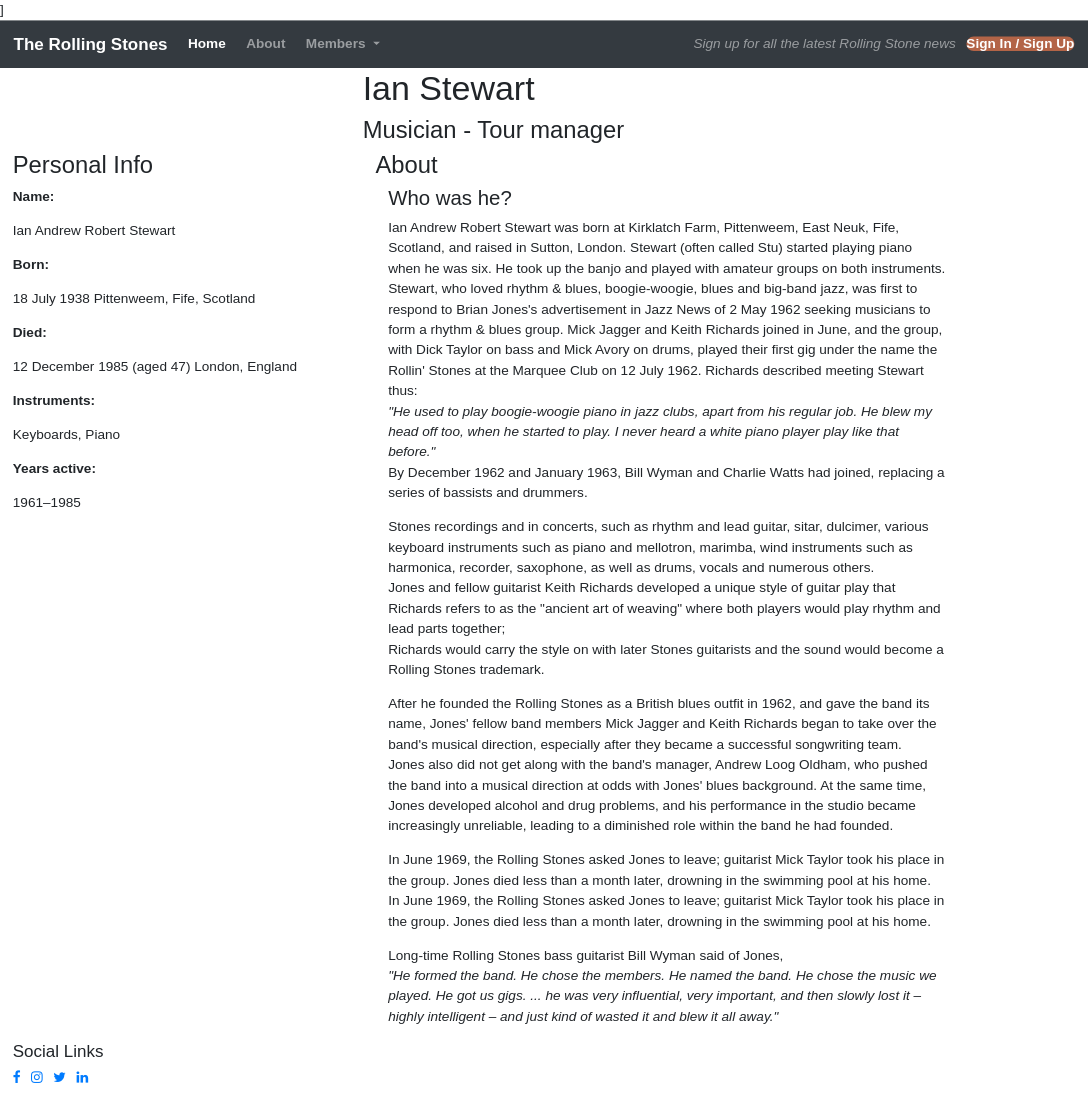
Repository: TecDruid/rolling-stones-fan-site
Page: ian-stewart.html
The author's editor kept a record of every edit. The page is drawn from the files as they stood at one moment, then again after the next edit.
The browser window is 1280 px wide. The pictures show the whole page, at 85% of full size.
Some web fonts or font styles are not loaded; a fallback is used. Some web libraries are served in a nearby version.

Above is the page before.

### ian-stewart.html
<!DOCTYPE html>
<html lang="en">

<head>
    <meta charset="utf-8">
    <meta name="viewport" content="width=device-width, initial-scale=1.0">
    <link rel="stylesheet" href="https://maxcdn.bootstrapcdn.com/bootstrap/4.1.3/css/bootstrap.min.css">
    <link rel="stylesheet" href="https://use.fontawesome.com/releases/v5.6.1/css/all.css" integrity="sha384-gfdkjb5BdAXd+lj+gudLWI+BXq4IuLW5IT+brZEZsLFm++aCMlF1V92rMkPaX4PP" crossorigin="anonymous">
    <link rel="stylesheet" href="https://stackpath.bootstrapcdn.com/font-awesome/4.7.0/css/font-awesome.min.css" type="text/css" />
    <link href="https://fonts.googleapis.com/css?family=Stylish" rel="stylesheet">
    <link rel="stylesheet" href="css/style.css" type="text/css" />
    <title>Ian Stewart</title>
</head>

<body>

    <!----------------------------------------Nav--------------------------------------------->]


    <div class="nav-container"></div>
    <nav class="navbar navbar-dark navbar-expand-sm bg-dark">
        <a href="/" class="navbar-brand">
                    The Rolling Stones</a>

        <button class="navbar-toggler ml-auto" type="button" data-toggle="collapse" data-target="#navbarNavDropdown" aria-controls="navbarNavDropdown" aria-expanded="false" aria-label="Toggle navigation">
        <span class="navbar-toggler-icon"></span></button>

        <div class="collapse navbar-collapse" id="navbarNavDropdown">
            <ul class="navbar-nav mr-auto">
                <li class="active nav-item mr-2"><a class="nav-link" href="/">Home</a></li>
                <li class="nav-item mr-2"><a class="nav-link" href="">About</a></li>
                <li class="nav-item dropdown">
                    <a class="nav-link dropdown-toggle" href="#" id="navbarDropdownMenuLink" role="button" data-toggle="dropdown" aria-haspopup="true" aria-expanded="false">
          Members
        </a>
                    <div class="dropdown-menu" aria-labelledby="navbarDropdownMenuLink">
                        <a class="dropdown-item" href="#">Brian Jones</a>
                        <a class="dropdown-item" href="#">Mick Jagger</a>
                        <a class="dropdown-item" href="#">Keith Richards</a>
                        <a class="dropdown-item" href="#">Bill Wyman</a>
                        <a class="dropdown-item" href="#">Charlie Watts</a>
                        <a class="dropdown-item" href="#">Ronnie Wood</a>
                        <a class="dropdown-item" href="#">Ian Stewart</a>
                        <a class="dropdown-item" href="#">Mick Taylor</a>
                    </div>
                </li>

                <li class="nav-item mr-2 d-block d-sm-none"><a class="nav-link" href="">Sign In / Sign Up</a></li>
            </ul>
        </div>
        <div class="d-none d-md-block">
            <p class="navbar-text my-auto mr-2"><i>Sign up for all the latest Rolling Stone news</i></p>
            <a href="/login " class="btn--cta btn--brown">Sign In / Sign Up</a>
        </div>
    </nav>

    <!-- -------------------------- The Header ---------------------------- -->

    <header>
        <div class="row no-gutters">
            <a class="col-md-4 logo" href="index.html"></a>
            <div class="col-md-8">
                <div class="row no-gutters bg-color-name-title">
                    <div class="col heading">
                        <h1 class="name">Ian Stewart</h1>
                        <h3 class="title"> Musician - Tour manager</h3>
                    </div>
                </div>
            </div>
        </div>
    </header>

    <!-- -------------------------- The Section ---------------------------- -->

    <section class="container-fluid">
        <div class="row">
            <div class="col-md-4 bg-colour-personal-info section-column">
                <div class="row">
                    <div class="col-12">
                        <h3 class="section-heading uppercase">Personal Info</h3>
                    </div>
                </div>
                <div class="personal-info-item">
                    <div class="key">
                        <p class="uppercase">
                            <strong>Name:</strong>
                        </p>
                    </div>
                    <div class="value">
                        <p>
                            Ian Andrew Robert Stewart
                        </p>
                    </div>
                </div>
                <div class="personal-info-item">
                    <div class="key">
                        <p class="uppercase">
                            <strong>Born:</strong>
                        </p>
                    </div>
                    <div class="value">
                        <p>
                            18 July 1938 Pittenweem, Fife, Scotland
                        </p>
                    </div>
                </div>
                <div class="personal-info-item">
                    <div class="key">
                        <p class="uppercase">
                            <strong>Died:</strong>
                        </p>
                    </div>
                    <div class="value">
                        <p>
                            12 December 1985 (aged 47) London, England
                        </p>
                    </div>
                </div>
                <div class="personal-info-item">
                    <div class="key">
                        <p class="uppercase">
                            <strong>Instruments:</strong>
                        </p>
                    </div>
                    <div class="value">
                        <p>
                            Keyboards, Piano
                        </p>
                    </div>
                </div>
                <div class="personal-info-item">
                    <div class="key">
                        <p class="uppercase">
                            <strong> Years active:</strong>
                        </p>
                    </div>
                    <div class="value">
                        <p>
                            1961–1985
                        </p>
                    </div>
                </div>
            </div>

            <div class="col-md-8 bg-colour-three-reasons section-column">
                <div class="row">
                    <div class="col">
                        <h3 class="section-heading uppercase">About</h3>
                    </div>
                </div>
                <!-- <div class="row">
                    <div class="col-10 offset-1 offset-sm-0 col-sm-4 col-md-6">
                        <div class="row">
                            <div class="col-2">
                                <i class="three-reasons-icon fa fa-question" aria-hidden="true"></i>
                            </div> -->
                <div class="col-10">
                    <h4 class="three-reasons-heading uppercase">Who was he?</h4>
                    <p>
                       Ian Andrew Robert Stewart was born at Kirklatch Farm, Pittenweem, East Neuk, Fife, Scotland, and raised in Sutton, London. Stewart (often called Stu) started playing piano when he was six. He took up the banjo and played with amateur groups on both instruments. Stewart, who loved rhythm & blues, boogie-woogie, blues and big-band jazz, was first to respond to Brian Jones's advertisement in Jazz News of 2 May 1962 seeking musicians to form a rhythm & blues group. Mick Jagger and Keith Richards joined in June, and the group, with Dick Taylor on bass and Mick Avory on drums, played their first gig under the name the Rollin' Stones at the Marquee Club on 12 July 1962. Richards described meeting Stewart thus: <br/><i>"He used to play boogie-woogie piano in jazz clubs, apart from his regular job. He blew my head off too, when he started to play. I never heard a white piano player play like that before."</i> <br/> By December 1962 and January 1963, Bill Wyman and Charlie Watts had joined, replacing a series of bassists and drummers.
                    </p>

                    <p>
                        Stones recordings and in concerts, such as rhythm and lead guitar, sitar, dulcimer, various keyboard instruments such as piano and mellotron, marimba, wind instruments such as harmonica, recorder, saxophone, as well as drums, vocals and numerous others.<br/>                        Jones and fellow guitarist Keith Richards developed a unique style of guitar play that Richards refers to as the "ancient art of weaving" where both players would play rhythm and lead parts together;<br/> Richards would carry the
                        style on with later Stones guitarists and the sound would become a Rolling Stones trademark.
                    </p>
                    <p>
                        After he founded the Rolling Stones as a British blues outfit in 1962, and gave the band its name, Jones' fellow band members Mick Jagger and Keith Richards began to take over the band's musical direction, especially after they became a successful songwriting
                        team.
                        <br/> Jones also did not get along with the band's manager, Andrew Loog Oldham, who pushed the band into a musical direction at odds with Jones' blues background. At the same time, Jones developed alcohol and drug problems, and
                        his performance in the studio became increasingly unreliable, leading to a diminished role within the band he had founded.
                    </p>
                    <p>
                        In June 1969, the Rolling Stones asked Jones to leave; guitarist Mick Taylor took his place in the group. Jones died less than a month later, drowning in the swimming pool at his home. In June 1969, the Rolling Stones asked Jones to leave; guitarist Mick
                        Taylor took his place in the group. Jones died less than a month later, drowning in the swimming pool at his home.
                    </p>
                    <p>Long-time Rolling Stones bass guitarist Bill Wyman said of Jones, <br/><i>"He formed the band. He chose the members. He named the band. He chose the music we played. He got us gigs. ... he was very influential, very important, and then slowly
                        lost it – highly intelligent – and just kind of wasted it and blew it all away."</i>
                    </p>
                </div>
            </div>
        </div>

        </div>
        </div>
        </div>

    </section>

    <!-- -------------------------- The Footer ---------------------------- -->

    <footer class="container-fluid">
        <div id="footer-details" class="row">
            <div class="col-sm-4">
                <h5 class="uppercase general-sub">Social Links</h5>

                <ul class="list-inline social-links">
                    <li class="list-inline-item">
                        <a target="_blank" href="#">
                            <i class="fa fa-facebook" aria-hidden="true"></i>
                            <span class="sr-only">Facebook</span>
                        </a>
                    </li>
                    <li class="list-inline-item">
                        <a target="_blank" href="#">
                            <i class="fa fa-instagram" aria-hidden="true"></i>
                            <span class="sr-only">Instagram</span>
                            </a>
                    </li>

                    <li class="list-inline-item">
                        <a target="_blank" href="#">
                            <i class="fa fa-twitter" aria-hidden="true"></i>
                            <span class="sr-only">Twitter</span>
                            </a>
                    </li>
                    <li class="list-inline-item">
                        <a target="_blank" href="#">
                            <i class="fa fa-linkedin" aria-hidden="true"></i>
                            <span class="sr-only">LinkedIn</span>
                        </a>
                    </li>
                </ul>

            </div>
        </div>
    </footer>
</body>

</html>

### css/style.css
body {
    font-family: 'Stylish', sans-serif;
}

/* Containers */

.nav-container {
    position: absolute;
    top: 0;
    right: 0;
    margin-left: 0;
    margin-right: 0;
    z-index: 1;

}

.navbar {
    margin-bottom: 0;
    border-width: 0;
    background-color: rgba (0, 0, 0, 0.25);
}

.navbar .navbar-brand {
    font-weight: bold;
}

.navbar .navbar-nav a {
    font-weight: bold;
}

.navbar-toggler {
    border-width: 0;
}

.alert-warning {
    padding-left: 10;
    padding-right: 0;
    color: #fff;
    background-color: #c9572b;
}

.alert {
    margin-bottom: 0;
    border-width: 0;
    border-radius: 0;
}

.callout-container {
    height: 100vh;

    background: url('../img/the-rolling-stones-bg.jpg') no-repeat bottom right fixed;
    -webkit-background-size: cover;
    -moz-background-size: cover;
    -o-background-size: cover;
    background-size: cover;

    display: flex;
    align-items: center;
    justify-content: center;

    position: relative;
}

.opaque-overlay {
    position: absolute;
    top: 0;
    left: 0;
    height: 100%;
    width: 100%;
    background-color: rgba(0, 0, 0, 0.5);
}

.quotes-container {}

.features-container {
    background-color: #c9572b;
}

/* Block dividers */

.block-divider {
    width: 175px;
    height: 5px;
    border: 0;
    background-color: #444;
}

.block-divider--orange {
    background-color: #f88f10;
}

.block-divider--short {
    width: 35px;
}

/* Jumbotron */

.jumbotron {
    background-color: transparent;
}

.jumbotron h1 {
    color: white;
    font-weight: bold;
    margin-bottom: 30px;
    color: white;
}

.jumbotron .lead {
    color: #a7a7a7;
    margin: 25px 0;
}

.jumbotron small {
    font-size: 60%;
    font-style: italic;
    color: #d0d0d0;
}

/* Buttons */

.btn--cta {
    font-weight: bold;
    border-radius: 23px;
    width: 160px;
}

.btn--brown {
    color: white;
    background-color: #b36447;
    border-color: #b36447;
}

.btn--brown:hover,
.btn--brown:active,
.btn--brown:focus,
.btn--brown:active:focus {
    background-color: #df4929;
    border-color: #df4929;
    color: white;
}

After the next edit:
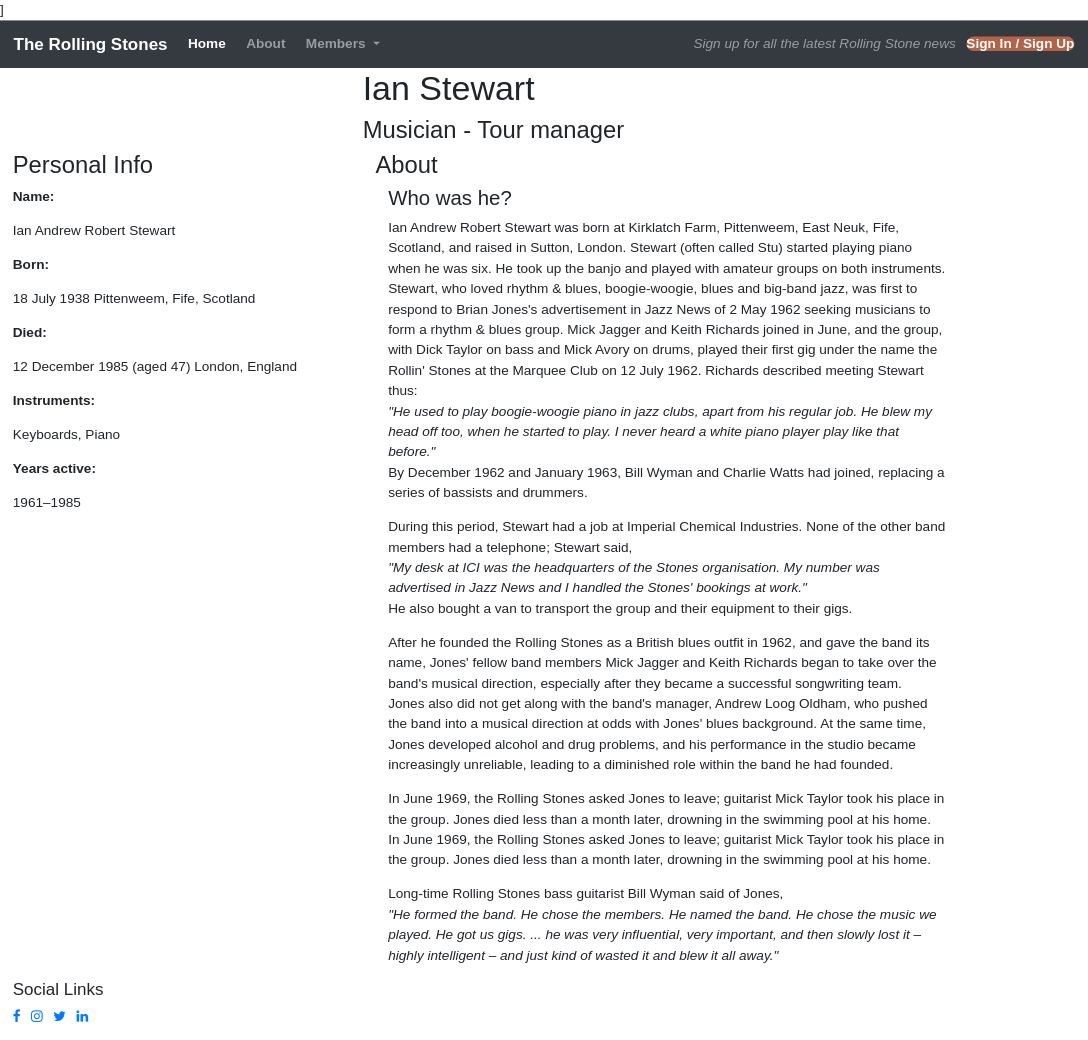
The edit:
--- a/ian-stewart.html
+++ b/ian-stewart.html
@@ -161,8 +161,7 @@
                     </p>
 
                     <p>
-                        Stones recordings and in concerts, such as rhythm and lead guitar, sitar, dulcimer, various keyboard instruments such as piano and mellotron, marimba, wind instruments such as harmonica, recorder, saxophone, as well as drums, vocals and numerous others.<br/>                        Jones and fellow guitarist Keith Richards developed a unique style of guitar play that Richards refers to as the "ancient art of weaving" where both players would play rhythm and lead parts together;<br/> Richards would carry the
-                        style on with later Stones guitarists and the sound would become a Rolling Stones trademark.
+                        During this period, Stewart had a job at Imperial Chemical Industries. None of the other band members had a telephone; Stewart said, <br/><i>"My desk at ICI was the headquarters of the Stones organisation. My number was advertised in Jazz News and I handled the Stones' bookings at work."</i> <br/>He also bought a van to transport the group and their equipment to their gigs.
                     </p>
                     <p>
                         After he founded the Rolling Stones as a British blues outfit in 1962, and gave the band its name, Jones' fellow band members Mick Jagger and Keith Richards began to take over the band's musical direction, especially after they became a successful songwriting
